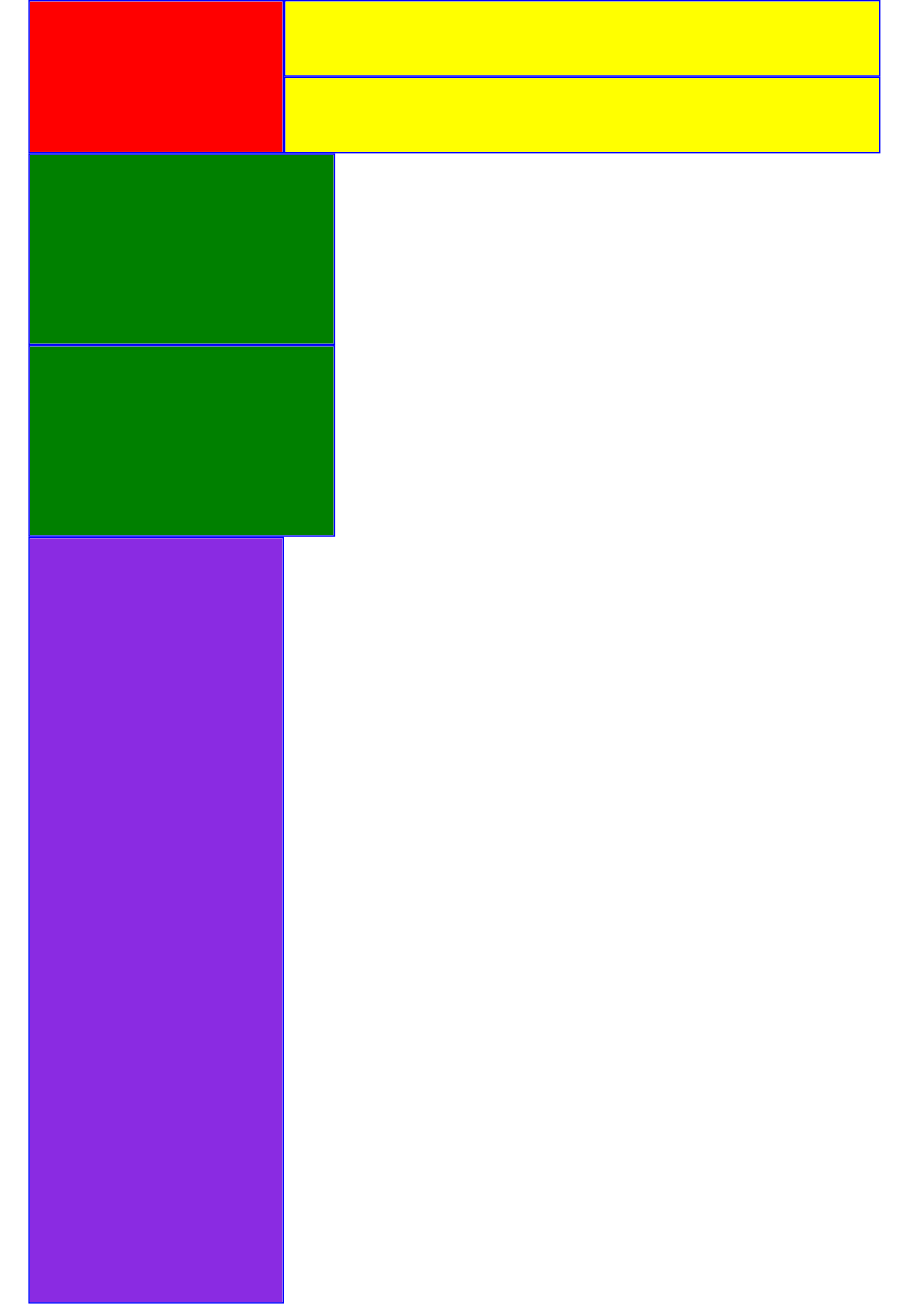
Repository: Tan-Khang21/TH_TKW--Buoi_03
Page: BT_tren_lop/Bai_3/Frame4/frame4.html
An editor plug-in stored every save of this project. The page is shown before and after the next save, followed by the edit.
The browser window is 1280 px wide. The pictures show the whole page, at 71% of full size.

Above is the page before, as saved 2024-03-04 20:01:02.

### BT_tren_lop/Bai_3/Frame4/frame4.html
<!DOCTYPE html>
<html lang="en">
  <head>
    <meta charset="UTF-8" />
    <meta name="viewport" content="width=device-width, initial-scale=1.0" />
    <title>Document</title>
  </head>
  <body style="height: 150vh; margin: 0; padding: 0">
    <div style="width: 1200px; height: 100%; min-height: 100%; margin: 0 auto">
      <div style="height: 20%; width: 100%">
        <iframe
          src="Col1.html"
          frameborder="0"
          style="
            height: 100%;
            width: 30%;
            box-sizing: border-box;
            display: block;
            border: 2px solid blue;
            margin: 0;
            padding: 0;
            float: left;
          "
        ></iframe>
          <iframe
            src="Col2Row1.html"
            frameborder="0"
            style="
              height: 50%;
              width: 70%;
              box-sizing: border-box;
              display: block;
              border: 2px solid blue;
              margin: 0;
              padding: 0;
            "
          ></iframe>
          <iframe
            src="Col2Row2.html"
            frameborder="0"
            style="
              height: 50%;
              width: 70%;
              box-sizing: border-box;
              display: block;
              border: 2px solid blue;
              margin: 0;
              padding: 0;
            "
          ></iframe>
      </div>
      <div style="height: 50%; width: 60%;">
        <iframe
        src="Row2Col1Row2.html"
        frameborder="0"
        style="
          height: 50%;
          width: 60%;
          box-sizing: border-box;
          display: block;
          border: 2px solid blue;
          margin: 0;
          padding: 0;
        "
      ></iframe>
        <iframe
        src="Row2Col1Row1.html"
        frameborder="0"
        style="
          height: 50%;
          width: 60%;
          box-sizing: border-box;
          display: block;
          border: 2px solid blue;
          margin: 0;
          padding: 0;
        "
      ></iframe>
      </div>
      <iframe
      src="Row3Col1Row1.html"
      frameborder="0"
      style="
        height: 100%;
        width: 30%;
        box-sizing: border-box;
        display: block;
        border: 2px solid blue;
        margin: 0;
        padding: 0;
      "
    ></iframe>
    </div>
  </body>
</html>

### BT_tren_lop/Bai_3/Frame4/Col1.html
<!DOCTYPE html>
<html lang="en">
<head>
    <meta charset="UTF-8">
    <meta name="viewport" content="width=device-width, initial-scale=1.0">
    <title>Document</title>
</head>
<body style="background-color: red;">

</body>
</html>

### BT_tren_lop/Bai_3/Frame4/Col2Row1.html

    <!DOCTYPE html>
<html lang="en">
<head>
    <meta charset="UTF-8">
    <meta name="viewport" content="width=device-width, initial-scale=1.0">
    <title>Document</title>
</head>
<body style="background-color: yellow;">

</body>
</html>

### BT_tren_lop/Bai_3/Frame4/Col2Row2.html

    <!DOCTYPE html>
<html lang="en">
<head>
    <meta charset="UTF-8">
    <meta name="viewport" content="width=device-width, initial-scale=1.0">
    <title>Document</title>
</head>
<body style="background-color: yellow;">

</body>
</html>

### BT_tren_lop/Bai_3/Frame4/Row2Col1Row2.html
   <!DOCTYPE html>
<html lang="en">
<head>
    <meta charset="UTF-8">
    <meta name="viewport" content="width=device-width, initial-scale=1.0">
    <title>Document</title>
</head>
<body style="background-color:green;">

</body>
</html>

### BT_tren_lop/Bai_3/Frame4/Row2Col1Row1.html
   <!DOCTYPE html>
<html lang="en">
<head>
    <meta charset="UTF-8">
    <meta name="viewport" content="width=device-width, initial-scale=1.0">
    <title>Document</title>
</head>
<body style="background-color:green;">

</body>
</html>

### BT_tren_lop/Bai_3/Frame4/Row3Col1Row1.html

    <!DOCTYPE html>
<html lang="en">
<head>
    <meta charset="UTF-8">
    <meta name="viewport" content="width=device-width, initial-scale=1.0">
    <title>Document</title>
</head>
<body style="background-color: blueviolet;">

</body>
</html>

After the next save:
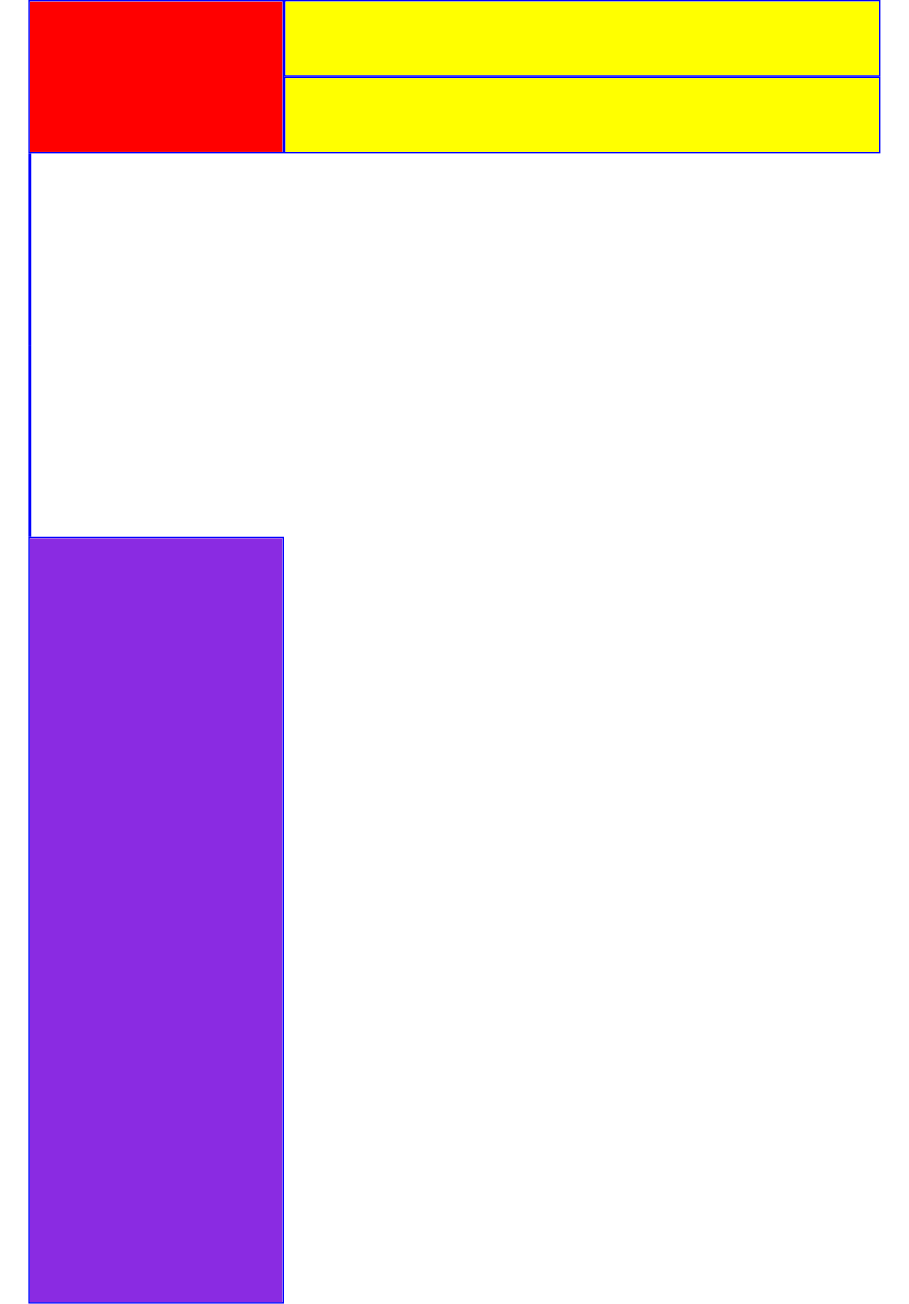
Saved 11 s later.
--- a/BT_tren_lop/Bai_3/Frame4/frame4.html
+++ b/BT_tren_lop/Bai_3/Frame4/frame4.html
@@ -49,7 +49,7 @@
             "
           ></iframe>
       </div>
-      <div style="height: 50%; width: 60%;">
+      <div style="height: 50%; width: 0%;">
         <iframe
         src="Row2Col1Row2.html"
         frameborder="0"
